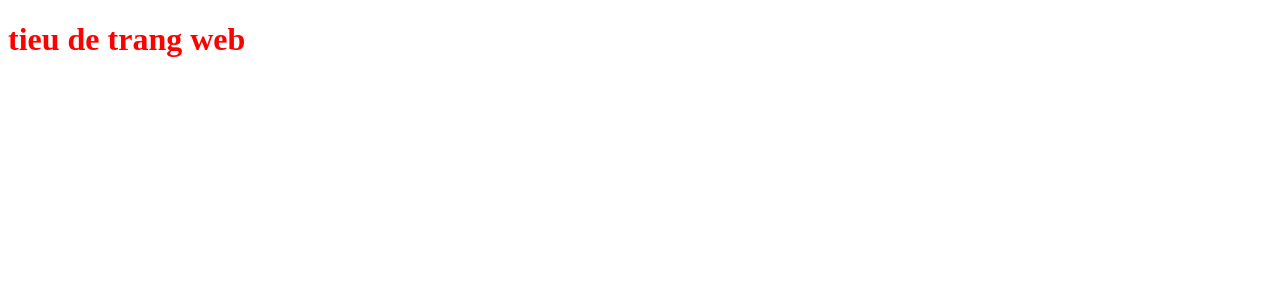
Repository: quocanh1010/quocanh1010.github.io
Page: Front End bai 1 2/index.html
These files come from the project's save history. The page is drawn as it stood at one moment and after the next save; the edit follows.
The browser window is 1280 px wide. The pictures show the whole page.

Above is the page before, as saved 2021-04-16 20:16:52.

After the next save:
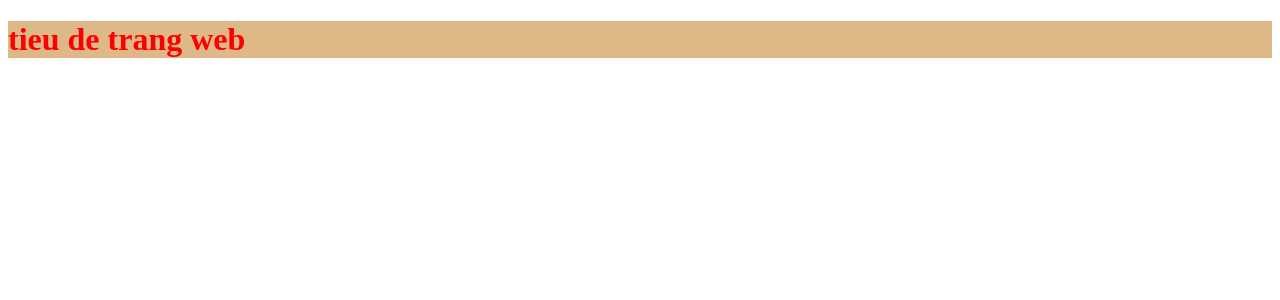
Saved 58 s later.
--- a/Front End bai 1 2/index.html
+++ b/Front End bai 1 2/index.html
@@ -11,6 +11,7 @@
     <style>
         h1 {
             color:red;
+            background: burlywood;
         }
     </style>
 
